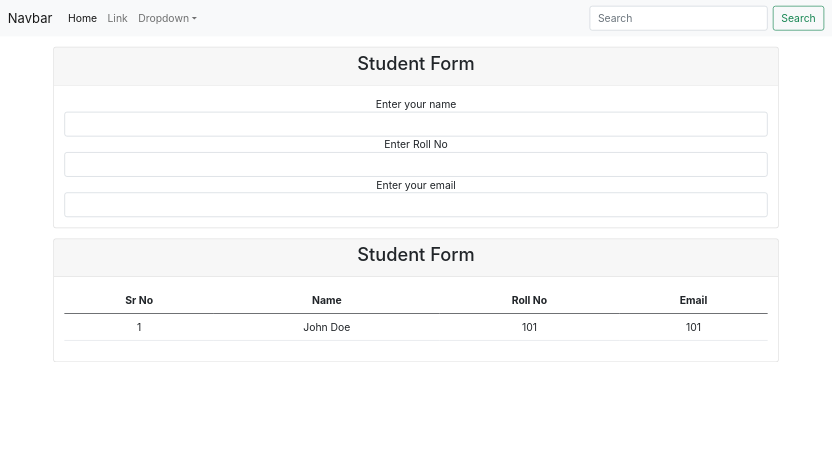
Repository: Ali0548/WebEducatorz-Batch6-7-9-10
Page: / (app in frontend/)
An editor plug-in stored every save of this project. The page is shown before and after the next save, followed by the edit.
The browser window is 1280 px wide. The pictures show the whole page, at 65% of full size.
The project was rebuilt for these pictures with package versions that can differ from the ones it lists, and the page was loaded fresh each time.

Above is the page before, as saved 2023-11-26 16:43:48.

### frontend/src/App.js
import logo from './logo.svg';
import './App.css';
import Navbar from './components/Navbar';
import StudentForm from './components/StudentForm';
import ViewStudents from './components/ViewStudents';

function App() {
  return (
    <div className="App">
      <Navbar />
      <StudentForm />
      <ViewStudents />
    </div>
  );
}

export default App;

### frontend/src/components/Navbar.jsx
import React from 'react'

const Navbar = () => {
  return (
    <>
    <nav className="navbar navbar-expand-lg navbar-light bg-light">
        <div className="container-fluid">
          <a className="navbar-brand" href="#">Navbar</a>
          <button className="navbar-toggler" type="button" data-bs-toggle="collapse" data-bs-target="#navbarSupportedContent" aria-controls="navbarSupportedContent" aria-expanded="false" aria-label="Toggle navigation">
            <span className="navbar-toggler-icon"></span>
          </button>
          <div className="collapse navbar-collapse" id="navbarSupportedContent">
            <ul className="navbar-nav me-auto mb-2 mb-lg-0">
              <li className="nav-item">
                <a className="nav-link active" aria-current="page" href="#">Home</a>
              </li>
              <li className="nav-item">
                <a className="nav-link" href="#">Link</a>
              </li>
              <li className="nav-item dropdown">
                <a className="nav-link dropdown-toggle" href="#" id="navbarDropdown" role="button" data-bs-toggle="dropdown" aria-expanded="false">
                  Dropdown
                </a>
                <ul className="dropdown-menu" aria-labelledby="navbarDropdown">
                  <li><a className="dropdown-item" href="#">Action</a></li>
                  <li><a className="dropdown-item" href="#">Another action</a></li>
                  <li><hr className="dropdown-divider" /></li>
                  <li><a className="dropdown-item" href="#">Something else here</a></li>
                </ul>
              </li>

            </ul>
            <form className="d-flex">
              <input className="form-control me-2" type="search" placeholder="Search" aria-label="Search" />
              <button className="btn btn-outline-success" type="submit">Search</button>
            </form>
          </div>
        </div>
      </nav>
    </>
  )
}

export default Navbar

### frontend/src/components/StudentForm.jsx
import React from 'react'

const StudentForm = () => {
  return (
    <>
    <div className="container my-3">
        <div className="card">
          <div className="card-header">
            <h3 className="card-title">Student Form</h3>
          </div>
          <div className="card-body">
            <div className="form-group">
              <label htmlFor="">Enter your name</label>
              <input type="text" className="form-control" />
            </div>
            <div className="form-group">
              <label htmlFor="">Enter Roll No</label>
              <input type="text" className="form-control" />
            </div>
            <div className="form-group">
              <label htmlFor="">Enter your email</label>
              <input type="text" className="form-control" />
            </div>
          </div>
        </div>
      </div>
    </>
  )
}

export default StudentForm

### frontend/src/components/ViewStudents.jsx
import React from 'react'

const ViewStudents = () => {
  return (
    <>
    <div className="container my-3">
        <div className="card">
          <div className="card-header">
            <h3 className="card-title">Student Form</h3>
          </div>
          <div className="card-body">
           <table className="table">
            <thead>
              <tr>
                <th>Sr No</th>
                <th>Name</th>
                <th>Roll No</th>
                <th>Email</th>

              </tr>
            </thead>
            <tbody>
              <tr>
                <td>1</td>
                <td>John Doe</td>
                <td>101</td>
                <td>101</td>
              </tr>
            </tbody>
           </table>
          </div>
        </div>
      </div>
    </>
  )
}

export default ViewStudents

Loaded but not shown: frontend/public/index.html (common file); frontend/src/index.js (common file); frontend/src/index.css (common file); frontend/src/reportWebVitals.js (common file); frontend/src/App.css (common file)

After the next save:
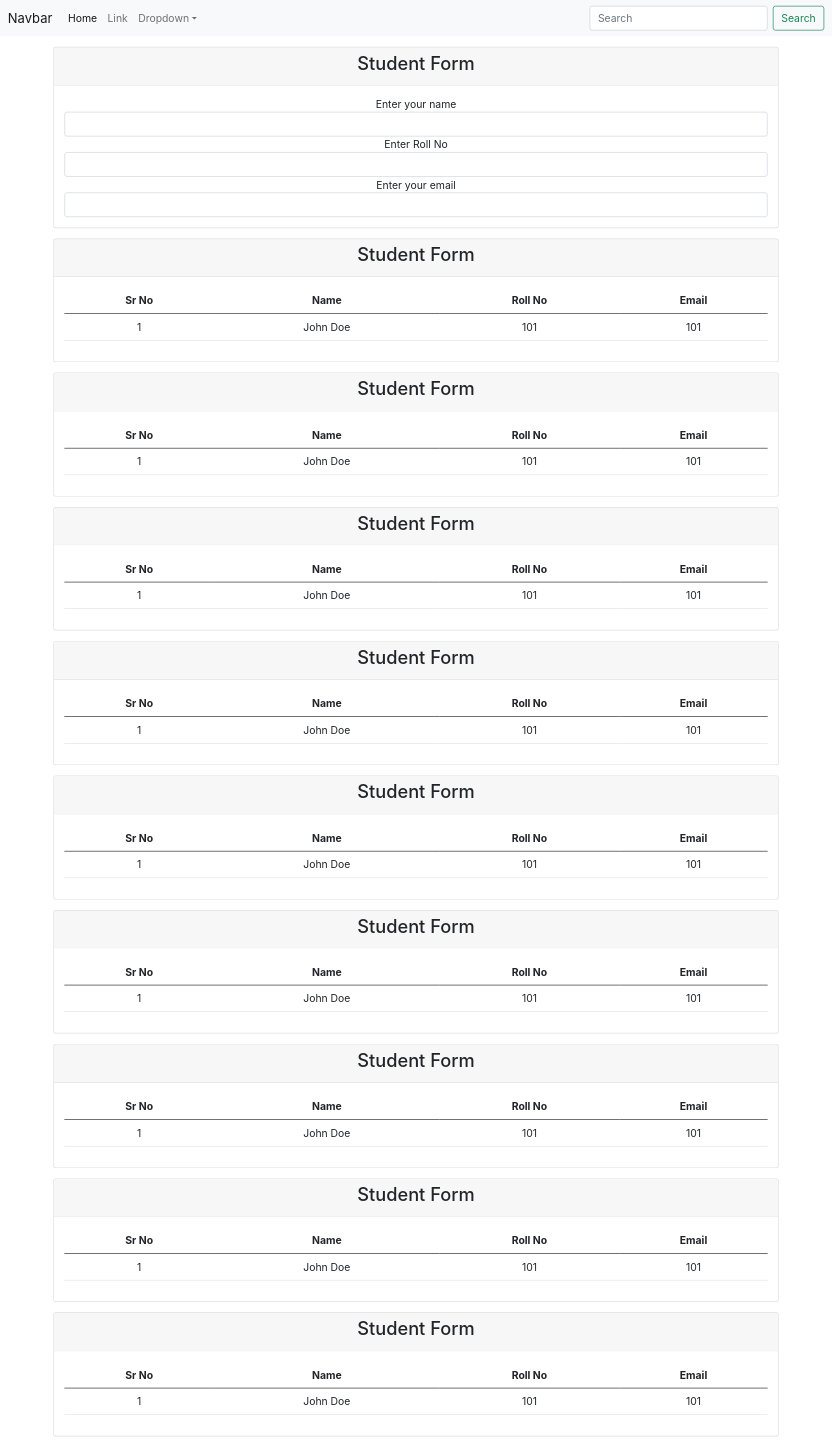
Saved 48 s later.
--- a/frontend/src/App.js
+++ b/frontend/src/App.js
@@ -10,6 +10,14 @@
       <Navbar />
       <StudentForm />
       <ViewStudents />
+      <ViewStudents />
+      <ViewStudents />
+      <ViewStudents />
+      <ViewStudents />
+      <ViewStudents />
+      <ViewStudents />
+      <ViewStudents />
+      <ViewStudents />
     </div>
   );
 }

After the save that followed:
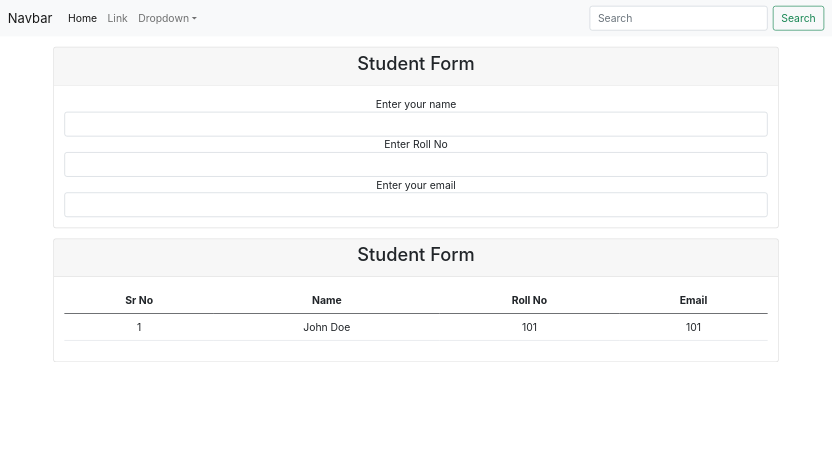
Saved 9 s later.
--- a/frontend/src/App.js
+++ b/frontend/src/App.js
@@ -10,14 +10,6 @@
       <Navbar />
       <StudentForm />
       <ViewStudents />
-      <ViewStudents />
-      <ViewStudents />
-      <ViewStudents />
-      <ViewStudents />
-      <ViewStudents />
-      <ViewStudents />
-      <ViewStudents />
-      <ViewStudents />
     </div>
   );
 }
